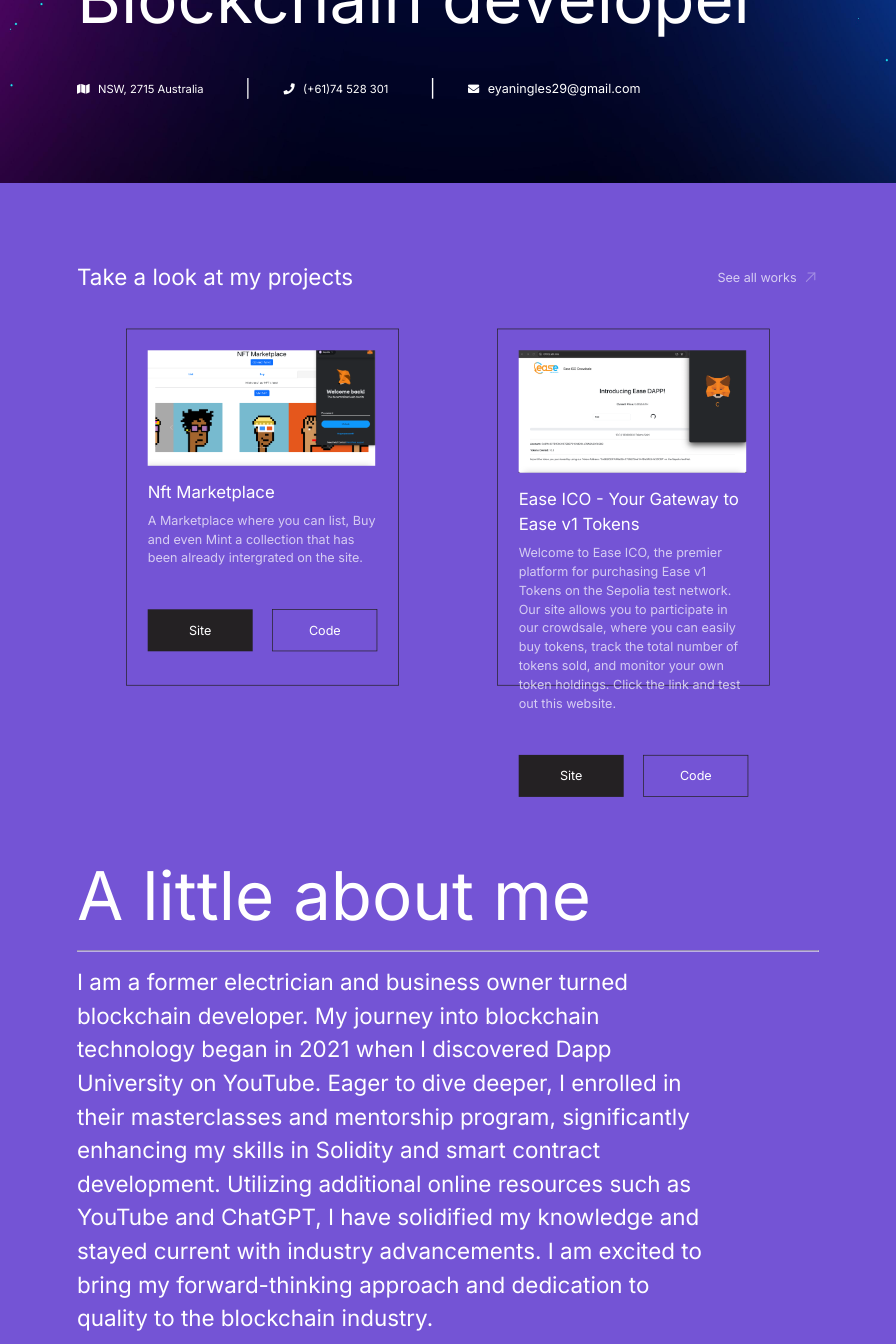
Repository: EyanIngles/Resume
Page: index.html
The author's editor kept a copy of each file at every save. The page is drawn from the files as they stood at one save, then again after the next save.
The browser window is 1280 px wide. The pictures show the part of the page from y = 588 to 2508 px (the page is 4848 px tall), at 70% of full size.

Above is the page before, as saved 2024-06-02 17:13:13.

### index.html
<!DOCTYPE html>
<html lang="en">

<head>
    <meta charset="UTF-8">
    <meta http-equiv="X-UA-Compatible" content="IE=edge">
    <meta name="viewport" content="width=device-width, initial-scale=1.0">
    <meta name="description" content="Blockchain Developer">
    <meta name="author" content="Eyan Ingles">

    <title>Eyan Ingles || Blockchain Developer</title>

    <!-- Google Fonts -->
    <link rel="preconnect" href="https://fonts.googleapis.com">
    <link rel="preconnect" href="https://fonts.gstatic.com" crossorigin>
    <link href="https://fonts.googleapis.com/css2?family=Inter:wght@100;200;300;400;500;600;700;800;900&display=swap"
        rel="stylesheet">

    <!-- Font Awesome -->
    <link href="vendor/fontawesome-free-5.15.4-web/css/all.min.css" rel="stylesheet">

    <!-- Custom styles for this template -->
    <link href="css/resume.css" rel="stylesheet">
</head>

<body>
    <header class="header">
        <div class="header-links flex-start">
            <div class="profile-container">
                <img class="profile" src="./img/profile.jpeg" alt="Profile Picture">
                <img class="ring" src="./img/Ring.svg" alt="Ring Border">
            </div>

            <ul class="flex-list list-items-circle">
                <li>
                    <a href="https://www.linkedin.com/in/eyan-ingles-026738272/">
                        <i class="fab fa-linkedin"></i>
                    </a>
                </li>
                <li>
                    <a href="https://github.com/EyanIngles">
                        <i class="fab fa-github"></i>
                    </a>
                </li>
            </ul>
        </div>

        <h1>
            Hi, I am <strong>Eyan Ingles</strong><br />
            Blockchain developer
        </h1>

        <ul class="contact-details flex-list">
            <i class="fa fa-map"></i><li>NSW, 2715 Australia</li>
            <hr />
            <i class="fa fa-phone"></i><li>(+61)74 528 301</li>
            <hr />
            <i class="fa fa-envelope"></i><li><a href="mailto: EyanIngles@gmail.com" style="border: none;">eyaningles29@gmail.com</a></li>
        </ul>
    </header>
    <main>

        <!-- PROJECTS -->

        <section class="section projects">
            <div class="flex-between">
                <h2>Take a look at my projects</h2>

                <a href="https://www.github.com/" class="projects-link flex-between">
                    See all works <img src="./img/ArrowUpRight.svg" alt="Arrow" style="margin-left: 8px; opacity: 0.7;">
                </a>
            </div>

            <div class="cards flex-center">

                <div class="card">
                    <img src="./img/projects/project1.png" alt="Nft Marketplace">
                    <h3 class="card-title">Nft Marketplace</h3>
                    <p class="card-description">A Marketplace where you can list, Buy and even Mint a collection that has been already intergrated on the site.</p>

                    <div class="card-buttons">
                        <a href="https://marketplacedraft.eth.limo" class="card-button--site">Site</a>
                        <a href="https://github.com/EyanIngles/marketplace-app" class="card-button--code">Code</a>
                    </div>
                </div>

                <div class="card">
                    <img src="./img/projects/project2.png" alt="Nft Marketplace">
                    <h3 class="card-title">Ease ICO - Your Gateway to Ease v1 Tokens</h3>
                    <p class="card-description">Welcome to Ease ICO, the premier platform for purchasing Ease v1 Tokens on the Sepolia test network. Our site allows you to participate in our crowdsale, where you can easily buy tokens, track the total number of tokens sold, and monitor your own token holdings. Click the link and test out this website. </p>
                    <div class="card-buttons">
                        <a href="https://07922.eth.limo/" class="card-button--site">Site</a>
                        <a href="https://github.com/EyanIngles/ICO" class="card-button--code">Code</a>
                    </div>
                </div>

            </div>
        </section>

        <!-- EXPIERENCE -->

        <section class="section experience">
            <h1>A little about me </h1><br/><hr/><br/>
            <p class="experience-description">
                I am a former electrician and business owner turned blockchain developer. My journey into blockchain
                technology began in 2021 when I discovered Dapp University on YouTube. Eager to dive deeper, I enrolled
                in their masterclasses and mentorship program, significantly enhancing my skills in Solidity and smart contract
                development. Utilizing additional online resources such as YouTube and ChatGPT, I have solidified my knowledge and
                stayed current with industry advancements. I am excited to bring my forward-thinking approach and dedication to quality
                to the blockchain industry.
            </p>

            <h2>Experience</h2>

            <div class="experience-cards flex-center">
                <div class="experience-card">
                    <h3 class="card-title">
                        Online Learning - <span class="highlight">Dabbling with Blockchain Concepts</span>
                    </h3>
                    <p class="card-years">2021-2024</p>

                    <ul class="card-list">
                        <li class="card-list-item">Leveraged online resources such as YouTube and ChatGPT to enhance and solidify my knowledge.</li>
                    </ul>
                </div>
                <div class="experience-card">
                    <h3 class="card-title">
                        Dapp University - <span class="highlight">Masterclasses and Mentorship Entry</span>
                    </h3>
                    <p class="card-years">2023-2024</p>

                    <ul class="card-list">
                        <li class="card-list-item">Currently, I am studying with Dapp University, participating in masterclasses and a mentorship program that have significantly enhanced my skills in blockchain development.</li>
                    </ul>
                </div>
            </div>
        </section>

        <!-- SKILLS -->

        <section class="section skills">
            <h2>Skills that I have</h2>

            <div class="skill-cards flex-center">
                <div class="skill-card flex-center">
                    <i class="fab fa-html5"></i>
                </div>
                <div class="skill-card flex-center">
                    <i class="fab fa-css3-alt"></i>
                </div>
                <div class="skill-card flex-center">
                    <i class="fab fa-js-square"></i>
                </div>
                <div class="skill-card flex-center">
                    <i class="fab fa-react"></i>
                </div>
                <div class="skill-card flex-center">
                    <i class="fab fa-node-js"></i>
                </div>
                <div class="skill-card flex-center">
                    <i class="fab fa-npm"></i>
                </div>
            </div>

            <ul class="skill-list flex-between">
                <li><img src="./img/Check.svg" alt="Checkmark"></li>
            </ul>
        </section>

        <!-- CONTACT -->

        <section class="section contact">
            <div class="contact-links flex-start">
                <div class="profile-container">
                    <img class="profile" src="./img/profile.jpeg" alt="Joe Blow">
                </div>

                <ul class="flex-list list-items-circle">
                    <li>
                        <a href="https://www.linkedin.com/in/eyan-ingles-026738272/">
                            <i class="fab fa-linkedin"></i>
                        </a>
                    </li>
                    <li>
                        <a href="https://github.com/EyanIngles">
                            <i class="fab fa-github"></i>
                        </a>
                    </li>
                </ul>

            </div>

            <h1>
                Get in touch
            </h1>

            <p>I am a former electrician and business owner turned blockchain developer. My interest
                in blockchain technology began in 2021 when I discovered Dapp University on YouTube.
                Since then, I have joined a mentorship program with Dapp University, and I am excited to
                see where my journey in this industry will take me!
            </p>

            <ul class="contact-details flex-list">
                <li>NSW, 2715 Australia</li>
                <hr />
                <li>(+61)74 528 301</li>
                <hr />
                <li><a href="mailto: name@email.com">eyaningles29@email.com</a></li>
            </ul>
        </section>
    </main>
    <footer class="footer flex-center">
        <p><small>© Eyan Ingles 2024. All rights reserved.</small></p>
    </footer>

    <!-- Plugin JavaScript -->
    <script src="vendor/jquery/jquery.min.js"></script>
    <script src="vendor/jquery-easing/jquery.easing.min.js"></script>

    <!-- Custom scripts for this template -->
    <script src="js/resume.js"></script>
</body>

</html>

### css/resume.css
* {
    margin: 0;
    padding: 0;
    box-sizing: border-box;
}

:root {
    --black: #060003;
    --gray: #242123;
    --white: #FFFFFF;
    --blue: #7454d5;
    --border-gradient: linear-gradient(227.58deg, #F4492F -44.04%, #F367A5 42.36%, #553DEB 113.95%);

    --font-96: clamp(56px, 8vw, 96px);
    --font-40: clamp(24px, 6vw, 40px);
    --font-32: clamp(24px, 4vw, 32px);
}

html {
    font-family: "Inter";
    color: var(--white);

    overflow-x: hidden;
}

body {
    background-color: var(--blue);
}

/* TYPOGRAPHY */
h1 {
    font-style: normal;
    font-weight: 400;
    font-size: var(--font-96);
    line-height: 116px;
}

h2 {
    font-weight: 400;
    font-size: var(--font-32);
    line-height: 150%;
    margin-bottom: 30px;
}

p,
a {
    font-weight: 400;
    font-size: 18px;
    line-height: 150%;
    text-decoration: none;
}

p {
    opacity: 0.7;
}

/* LAYOUTS */

.flex-center {
    display: flex;
    justify-content: center;
    align-items: center;
}

.flex-start {
    display: flex;
    justify-content: flex-start;
    align-items: center;
}

.flex-between {
    display: flex;
    justify-content: space-between;
    align-items: center;
    flex-wrap: wrap;
}

/* === UNIVERSAL STYLES === */

/* List */

.flex-list {
    display: flex;
    justify-content: center;
    align-items: center;
    flex-wrap: wrap;
    list-style: none;
}

.flex-list li {
    margin: 12px;
    transition: 250ms ease all;
}

.flex-list li a {
    color: var(--white);
    text-decoration: none;
    opacity: 1;

    display: block;
    transition: 250ms ease all;
}

.list-items-circle li a {
    border: 2px solid var(--white);
    border-radius: 50%;
}

.list-items-circle li a:hover {
    background-color: var(--white);
    border: 2px solid var(--white);
}

.list-items-circle li a .fab {
    width: 80px;
    height: 80px;
    font-size: 30px;

    display: flex;
    justify-content: center;
    align-items: center;
    border-radius: 50%;

    transition: 250ms ease all;
}

.list-items-circle li a:hover .fab {
    color: var(--black);
}

.contact .list-items-circle li a {
    border: 2px solid var(--white);
}

.contact .list-items-circle li a:hover {
    background-color: var(--white);
    border: 2px solid var(--white);
}

.flex-list hr {
    height: 30px;
    margin: 0 50px;
}

/* Profile Image */

.profile-container {
    min-width: 88px;
    width: 88px;
    height: 88px;
    margin: 12px;
    position: relative;
}

.profile-container .profile {
    position: absolute;
    top: 50%;
    left: 50%;
    transform: translate(-50%, -50%);

    width: 80px;
    height: 80px;
    border-radius: 50%;
}

.profile-container .ring {
    position: absolute;
    top: 50%;
    left: 50%;
    transform: translate(-50%, -50%);
}

.header,
.section {
    min-height: 850px;
    padding: 110px;
}

/* HEADER */

.header {
    background-image: url('../img/Background.jpg');
    background-repeat: no-repeat;
    background-size: cover;

    display: flex;
    flex-direction: column;
    justify-content: flex-end;
    align-items: flex-start;
}

.header .header-links,
.contact .contact-links,
.header h1 {
    color: var(--white);
    margin-bottom: 45px;
}

.header .flex-list {
    color: var(--white);
}

.header .flex-list li a {
    color: var(--white);
}

.header .flex-list li:hover,
.header .flex-list li a:hover {
    color: var(--blue);
}

.header .flex-list hr {
    border: 1px solid var(--white);
}

/* === ABOUT === */

.about {
    background-image: url('../img/Vector.png');
    background-repeat: no-repeat;
    background-size: cover;
    background-position: center;
}

.about h2 {
    max-width: 900px;
    font-weight: 400;
    font-size: var(--font-40);
    line-height: 150%;

    margin-bottom: 180px;
}

.about .achievements {
    list-style: none;

}

.about .achievements li {
    margin: 15px 0;
}

/* === PROJECTS === */

.projects .projects-link {
    color: var(--white);
    margin-bottom: 30px;

    opacity: 0.7;
    transition: 250ms ease all;
}

.projects .projects-link:hover {
    opacity: 1;
}

.projects .cards {
    justify-content: space-evenly;
    flex-wrap: wrap;
}

.projects .card {
    border: 1px solid var(--gray);

    height: 510px;
    max-width: 390px;
    padding: 30px;
    margin: 20px auto;
}

.projects .card img {
    width: 100%;
    max-width: 325px;
    height: auto;
    margin: 0 auto 16px;
}

.projects .card .card-title {
    font-weight: 400;
    font-size: 24px;
    line-height: 150%;
    margin-bottom: 8px;
}

.projects .card .card-description {
    margin-bottom: 60px;
}

.projects .card .card-buttons {
    display: flex;
    justify-content: space-between;
}

.projects .card .card-buttons .card-button--site,
.projects .card .card-buttons .card-button--code {
    width: 150px;
    height: 60px;

    display: flex;
    justify-content: center;
    align-items: center;

    opacity: 1;
    color: var(--white);

    transition: 250ms ease all;
}

.projects .card .card-buttons .card-button--site {
    background-color: var(--gray);
}

.projects .card .card-buttons .card-button--code {
    border: 1px solid var(--gray);
}

.projects .card .card-buttons .card-button--site:hover,
.projects .card .card-buttons .card-button--code:hover {
    background-color: var(--white);
    color: var(--black);
}

/* === EXPERIENCE === */

.experience-description {
    max-width: 900px;
    margin-bottom: 125px;

    font-weight: 400;
    font-size: var(--font-32);
    line-height: 150%;

    opacity: 1;
    position: relative;
}

.experience-description img {
    position: absolute;
    top: 50%;
    right: -200px;
    transform: translate(-50%, -50%);

    pointer-events: none;
}

.experience h2 {
    border-left: 2px solid var(--white);
    padding-left: 24px;
}

.experience .experience-cards {
    justify-content: flex-start;
    align-items: flex-start;
    flex-wrap: wrap;
}

.experience .experience-card {
    width: 370px;
    padding: 0 30px 30px 0;
}

.experience .experience-card .card-title {
    font-size: 18px;
    line-height: 150%;
}

.experience .experience-card .card-title .highlight {
    opacity: 0.7;
    font-weight: 400;
}

.experience .experience-card .card-years {
    color: var(--blue);
    font-weight: 500;
    font-size: 18px;
    line-height: 150%;
    margin-bottom: 24px;
    opacity: 1;
}

.experience .experience-card .card-list .card-list-item {
    margin: 0 0 16px 16px;
    opacity: 0.7;
}

/* === SKILLS === */

.skills {
    background-image: url('../img/Vector.png');
    background-repeat: no-repeat;
    background-size: cover;
}

.skills .skill-cards {
    flex-wrap: wrap;
}

.skills .skill-card {
    background-image: url('../img/background2.jpg');
    background-repeat: no-repeat;
    background-size: cover;
    background-color: #060003;
    background-blend-mode: darken;
    width: 170px;
    height: 170px;
    margin: 0 30px 30px 0;
    border: 1px solid var(--gray);

    cursor: pointer;

    transition: 500ms ease all;
}

.skills .skill-card .fab {
    font-size: 80px;
    opacity: 0.7;
    transition: 500ms ease all;
}

.skills .skill-card:hover {
    background-blend-mode: normal;
}

.skills .skill-card:hover .fab {
    opacity: 1;
}

.skills .skill-list {
    list-style: none;
    flex-wrap: wrap;
}

.skills .skill-list li {
    display: flex;
    justify-content: center;
    align-items: center;
}

.skills .skill-list li img {
    margin: 10px;
}

/* === CONTACT === */

.contact {
    display: flex;
    flex-direction: column;
    justify-content: center;
    align-items: flex-start;
}

.contact h1,
.contact p {
    max-width: 750px;
    margin-bottom: 45px;
}

.contact .flex-list li:hover,
.contact .flex-list li a:hover {
    color: var(--blue);
}

/* === FOOTER === */

.footer {
    min-height: 88px;
    background-color: var(--gray);
}

/* === MEDIA STYLES === */

@media all and (max-width: 1200px) {
    .contact-details {
        align-items: flex-start;
        flex-direction: column;
    }

    .contact-details li {
        margin: 10px;
    }

    .contact-details li a {
        margin: 0;
    }

    .contact-details hr {
        display: none;
    }
}

@media all and (max-width: 992px) {
    .skills .skill-card {
        width: 125px;
        height: 125px;
    }
}

@media all and (max-width: 767px) {

    .header,
    .section {
        padding: 40px;
    }
}

### js/resume.js
// Include JavaScript Functionality Here...

Loaded but not shown: vendor/fontawesome-free-5.15.4-web/css/all.min.css (library); vendor/jquery/jquery.min.js (library); vendor/jquery-easing/jquery.easing.min.js (common file)

After the next save:
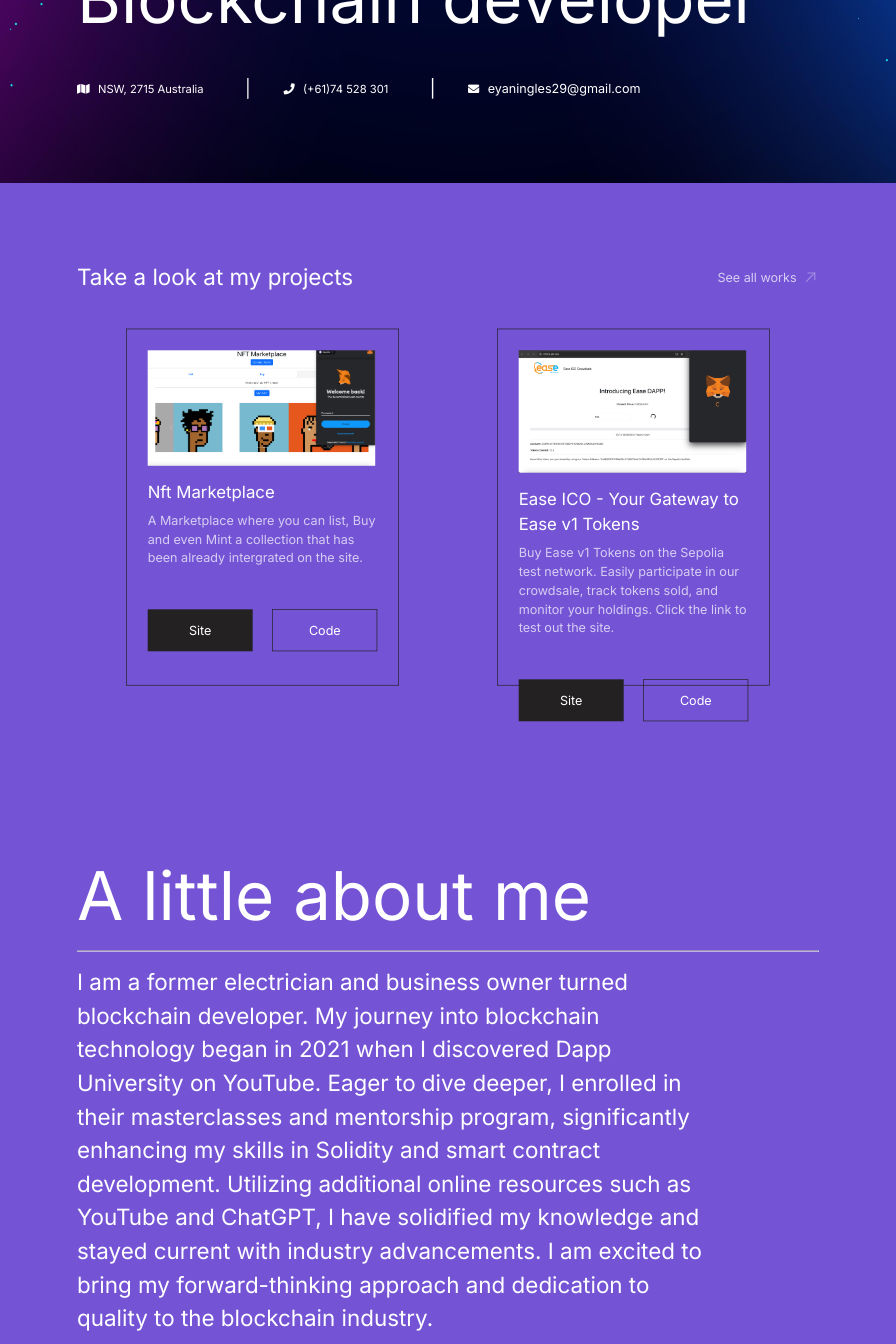
Saved 62 s later.
--- a/index.html
+++ b/index.html
@@ -87,7 +87,7 @@
                 <div class="card">
                     <img src="./img/projects/project2.png" alt="Nft Marketplace">
                     <h3 class="card-title">Ease ICO - Your Gateway to Ease v1 Tokens</h3>
-                    <p class="card-description">Welcome to Ease ICO, the premier platform for purchasing Ease v1 Tokens on the Sepolia test network. Our site allows you to participate in our crowdsale, where you can easily buy tokens, track the total number of tokens sold, and monitor your own token holdings. Click the link and test out this website. </p>
+                    <p class="card-description">Buy Ease v1 Tokens on the Sepolia test network. Easily participate in our crowdsale, track tokens sold, and monitor your holdings. Click the link to test out the site. </p>
                     <div class="card-buttons">
                         <a href="https://07922.eth.limo/" class="card-button--site">Site</a>
                         <a href="https://github.com/EyanIngles/ICO" class="card-button--code">Code</a>
